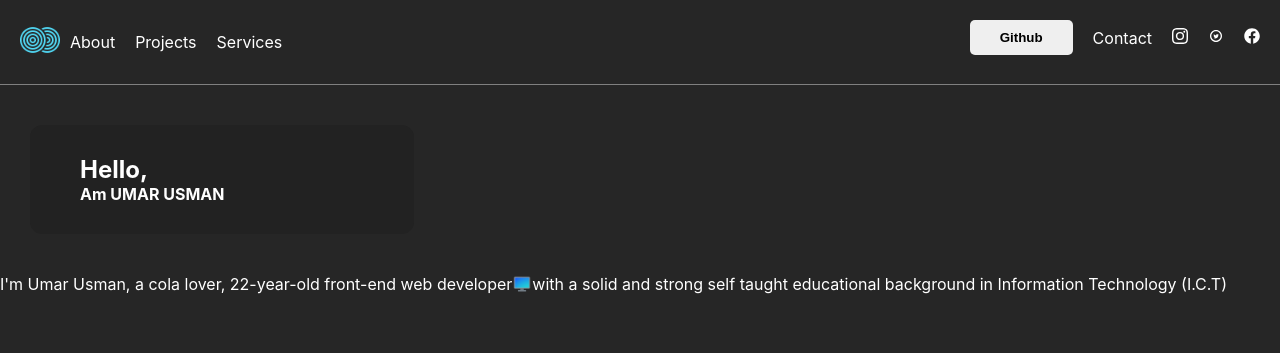
Repository: uh-sman/Portfolio
Page: /
The author's editor kept a copy of each file at every save. The page is drawn from the files as they stood at one save, then again after the next save.
The browser window is 1280 px wide. The pictures show the whole page.
The project was rebuilt for these pictures with package versions that can differ from the ones it lists, and the page was loaded fresh each time. Also part of the build but not shown: src/components/repositories.css, src/components/repositories.js, src/components/RepositoriesCard.jsx, src/components/projects.css, src/components/Projects.jsx, src/components/Services.jsx.

Above is the page before, as saved 2022-11-18 23:50:22.

### src/index.js
import React from "react";
import ReactDOM from "react-dom/client";
import { BrowserRouter } from "react-router-dom";
import "./index.css";
import App from "./App";

const root = ReactDOM.createRoot(document.getElementById("root"));
root.render(
  <BrowserRouter>
    <React.StrictMode>
      <App />
    </React.StrictMode>
  </BrowserRouter>
);

### src/App.js
import "./App.css";
import { Index } from "./components/index";
import { Route, Routes } from "react-router-dom";
import About from "./components/About";
import "animate.css";
import Projects from "./components/Projects";
import Services from "./components/Services";
// import Services from "./components/Services";
function App() {
  return (
    <div className="App">
      <Index />
      <Routes>
        <Route path="/" element={<About />} />
        <Route path="/projects" element={<Projects />} />
        <Route path="/services" element={<Services />} />
      </Routes>
    </div>
  );
}

export default App;

### src/App.css
* {
  margin: 0px;
  padding: 0px;
  box-sizing: border-box;
  text-decoration: none;
  list-style: none;
}
body {
  /* background: rgb(2, 0, 36);
  background: linear-gradient(
    90deg,
    rgba(2, 0, 36, 1) 0%,
    rgba(4, 14, 33, 1) 90%,
    rgba(5, 52, 61, 1) 100%
  ); */
  background: #262626;
}

### src/components/index.js
import React from "react";
import { Navbar } from "./Navbar";
import { Route, Routes } from "react-router-dom";
export const Index = () => {
  return (
    <div>
      <Navbar />
    </div>
  );
};

### src/components/About.jsx
import React from "react";
import monitor from "../assets/monitor.png";
import "./about.css";
import RepositoriesCard from "./RepositoriesCard";
const About = () => {
  return (
    <div>
      <div className="about">
        <div className="introduction">
          <h2>Hello,</h2>
          <h4>Am UMAR USMAN</h4>
        </div>
        <div className="about-myself">
          <p className="text">
            I'm Umar Usman, a cola lover, 22-year-old front-end web developer
            {""}
            <img src={monitor} className="computer-image" />
            with a solid and strong self taught educational background in
            Information Technology (I.C.T)
          </p>
        </div>
      </div>
    </div>
  );
};

export default About;

### src/components/Navbar.jsx
import React, { useState } from "react";
import { Link } from "react-router-dom";
import logo from "../assets/ico.png";
import "./navbar.css";
import { Profile } from "./Profile";
export const Navbar = () => {
  const [active, isActive] = useState(false);
  // Get the container element
  // const activeLink = document.querySelector("nav-list");
  // const style = {
  //   backgroundColor: "red",
  //   width: "100%",
  //   height: "100%",
  // };
  // Get all buttons with class="btn" inside the container
  // const btnActive = activeLink.getElementsByClassName("btn");
  // Loop through the buttons and add the active class to the current/clicked button
  // for (var i = 0; i < btnActive.length; i++) {
  //   btnActive[i].addEventListener("click", function () {
  //     var currentMode = document.getElementsByClassName("active");
  //     currentMode[0].className = currentMode[0].className.replace("active", "");
  //     this.className += "active";
  //   });
  // }
  // activeLink.addEventListener()
  return (
    <div>
      <nav className="navbar-container">
        <div className="navbar">
          <div className="navbar-nav">
            <div>
              <a>
                <img src={logo} className="logo" />
              </a>
            </div>
            <ul className="nav-list">
              <Link to="/">
                <a href="">About</a>
              </Link>
              <Link to="/projects">
                <a href="">Projects</a>
              </Link>
              <Link to="/services" className="btn">
                <a href="">Services</a>
              </Link>
            </ul>
          </div>
          <div>
            <Profile />
          </div>
        </div>
      </nav>
    </div>
  );
};

### src/components/about.css
.about {
  color: white;
}
.introduction {
  margin: 40px 30px;
  color: white;
  border-radius: 12px;
  display: flex;
  flex-direction: column;
  width: 30%;
  background: #222222;
  padding: 30px 50px;
}
.about-myself {
}
.text {
  display: flex;
  align-items: center;
}
.computer-image {
  width: 20px;
  height: 20px;
}

### src/components/navbar.css
.nav-list {
  display: flex;
  align-items: center;
  gap: 20px;
}
.nav-list a {
  color: white;
}
.navbar {
  margin: 20px 20px;
  display: flex;
  justify-content: space-between;
}
.navbar-nav {
  display: flex;
  gap: 10px;
}
.logo {
  width: 40px;
  height: 40px;
  color: white;
}
.navbar-container {
  border-bottom: 0.5px solid gray;
}
/* .btn {
  border: transparent;
  outline: none;
  background: rgba(2, 0, 36, 1) 0%;
} */
/* .active, */
/* .btnSelect:hover {
  border: none;
  border-bottom: 1px solid lightblue;
  cursor: pointer;
} */

@media only screen and (min-width: 200px) and (max-width: 950px) {
  .nav-list {
    display: none;
  }
}

### src/components/Profile.js
import React, { useState } from "react";
import { SiFacebook } from "react-icons/si";
import { FaWhatsapp, FaFacebook, FaRegWindowClose } from "react-icons/fa";
import { TiSocialTwitterCircular } from "react-icons/ti";
import { Link } from "react-router-dom";
import { BsInstagram } from "react-icons/bs";
import burger from "../assets/burger-menu.png";
import close from "../assets/icons8.png";

import "animate.css";
import "./profile.css";
export const Profile = () => {
  const [isActive, setIsActive] = useState(false);

  return (
    <div>
      <div>
        <section className="profile-section ">
          <button className="button">
            <a>Github</a>
          </button>
          <a>Contact</a>
          <a>
            <BsInstagram />
          </a>
          <a>
            <TiSocialTwitterCircular />
          </a>
          <a>
            <FaFacebook />
          </a>
        </section>
        {isActive ? (
          <div className="sidebar-container">
            <div>
              <FaRegWindowClose
                className="close"
                onClick={() => setIsActive(!isActive)}
              />
              {/* <img src={close} /> */}
            </div>
            <section className="sidebar-section ">
              <ul className="links">
                <Link to="/">
                  <a href="">About</a>
                </Link>
                <Link to="/projects">
                  <a href="">Projects</a>
                </Link>
                <Link to="/services">
                  <a href="">Services</a>
                </Link>
                <button className="button">
                  <a className="link">Github</a>
                </button>
                <a>Contact</a>
              </ul>
              <ul className="link-icons">
                <a>
                  <BsInstagram className="instagram" />
                </a>
                <a>
                  <TiSocialTwitterCircular className="twitter" />
                </a>
                <a>
                  <FaFacebook className="facebook" />
                </a>
              </ul>
            </section>
          </div>
        ) : (
          <div>
            <img
              src={burger}
              className="burger-menu"
              onClick={() => setIsActive(!isActive)}
            />
          </div>
        )}
      </div>
    </div>
  );
};

### src/components/profile.css
.profile-section {
  display: flex;
  gap: 20px;
  align-items: center;
  color: white;
}
.links {
  display: flex;
  flex-direction: column;
  /* display: flex; */
  align-items: center;
  gap: 20px;
}
.links a {
  color: white;
}
.sidebar-container {
  display: inline-block;
  /* margin: 0 0.5rem; */
  animation: slideInRight 2s;
  /* animation-duration: 2s; */

  height: 100%;
  width: 40%;
  top: 0px;
  right: 0px;
  background-color: #222222;
  position: absolute;
}
.burger-menu {
  width: 30px;
  height: 30px;
}
.close {
  color: white;
  width: 30px;
  height: 30px;
}
.button {
  padding: 10px 30px;
  box-shadow: gray;
  border: none;
  font-weight: 700;
  border-radius: 5px;
}
.button a {
  color: black;
}
.link-icons {
  margin-top: 20px;
  display: flex;
  align-items: center;
  gap: 10px;
}
.instagram {
  font-size: 20px;
}
.facebook {
  font-size: 20px;
}
.twitter {
  font-size: 30px;
}

@media only screen and (min-width: 200px) and (max-width: 950px) {
  .profile-section {
    display: none;
  }
}
@media only screen and (min-width: 950px) {
  .burger-menu {
    display: none;
  }
}
.sidebar-section {
  margin-top: 40%;
  justify-content: center;
  display: flex;
  flex-direction: column;
  align-items: center;
  color: white;
}
/* animate__slideInRight */

Loaded but not shown: public/index.html (common file); src/index.css (common file)

After the next save:
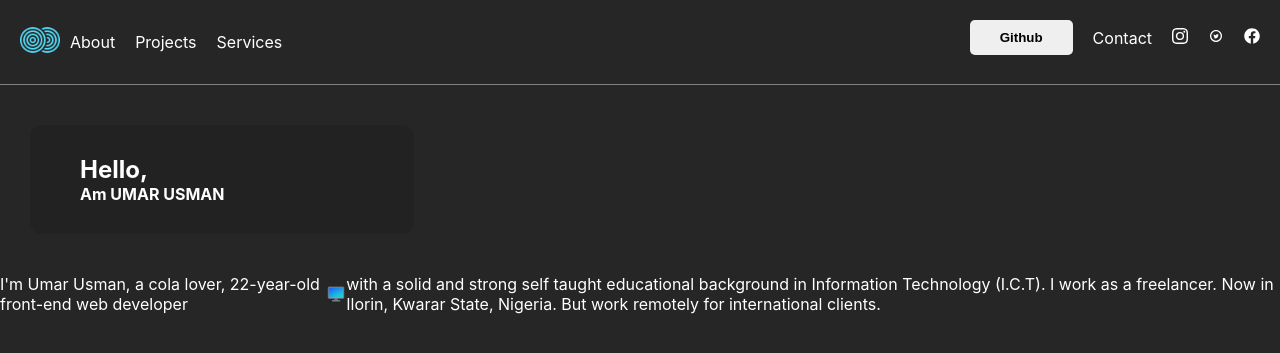
Saved 2 min 59 s later.
--- a/src/components/About.jsx
+++ b/src/components/About.jsx
@@ -16,7 +16,9 @@ const About = () => {
             {""}
             <img src={monitor} className="computer-image" />
             with a solid and strong self taught educational background in
-            Information Technology (I.C.T)
+            Information Technology (I.C.T). I work as a freelancer. Now in
+            Ilorin, Kwarar State, Nigeria. But work remotely for international
+            clients.
           </p>
         </div>
       </div>
